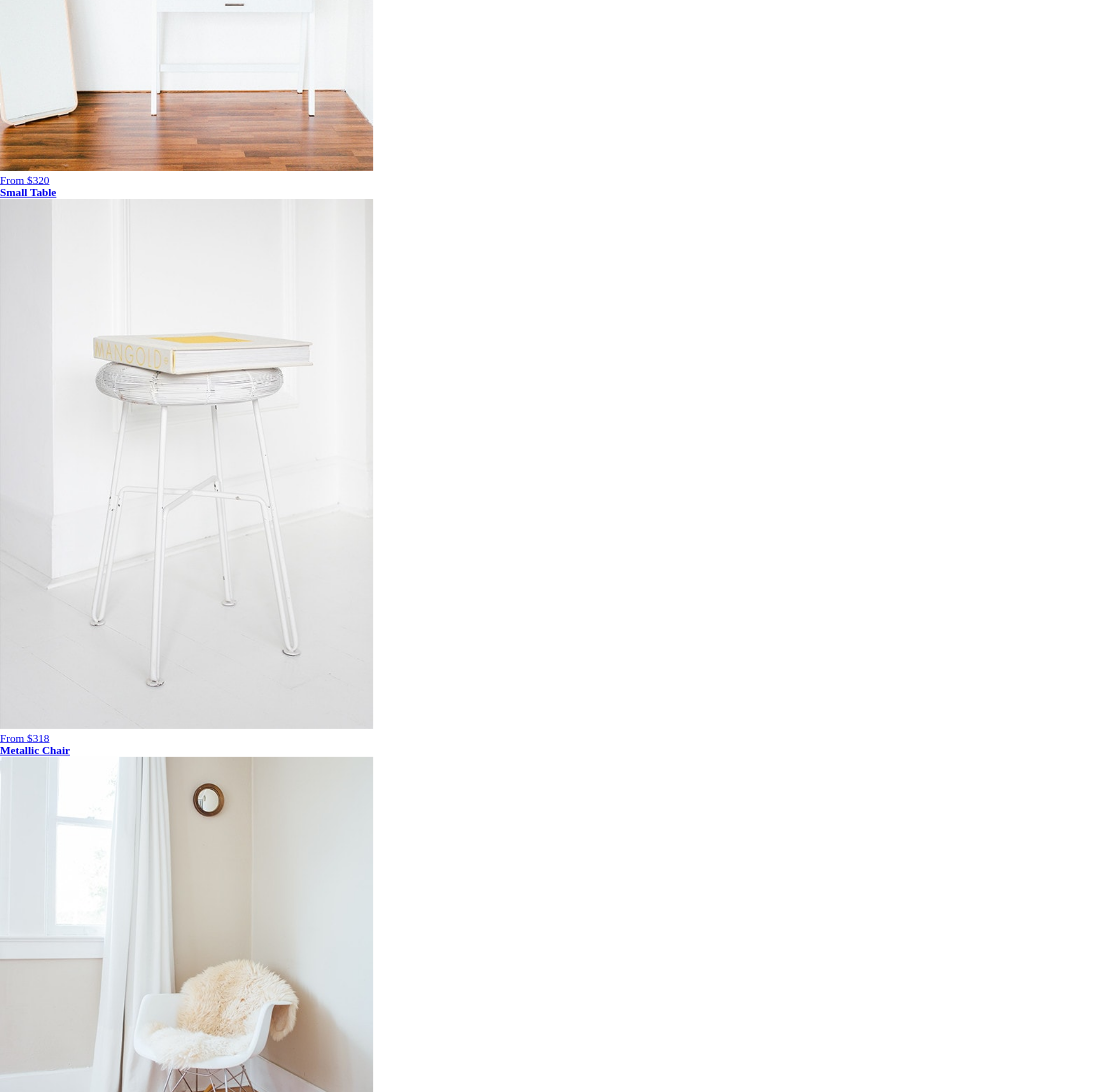
Repository: robbietaek/Java_Spring_Framework_Study
Page: http://localhost/team/WEB-INF/user/index.jsp
The author's editor kept a copy of each file at every save. The page is drawn from the files as they stood at one save, then again after the next save.
The browser window is 1280 px wide. The page is 1583 px wide, so the pictures cover 1583 px, including what lies to the right of the window. The pictures show the part of the page from y = 3535 to 5095 px (the page is 5813 px tall before and 5819 px after), at 70% of full size.
The page is served by Tomcat 9. Nobody is signed in. The template is opened directly, without the code that normally fills it, so the values that code supplies are empty.

Above is the page before, as saved 2019-12-29 11:33:55.
Console error: ReferenceError: $ is not defined

After the next save:
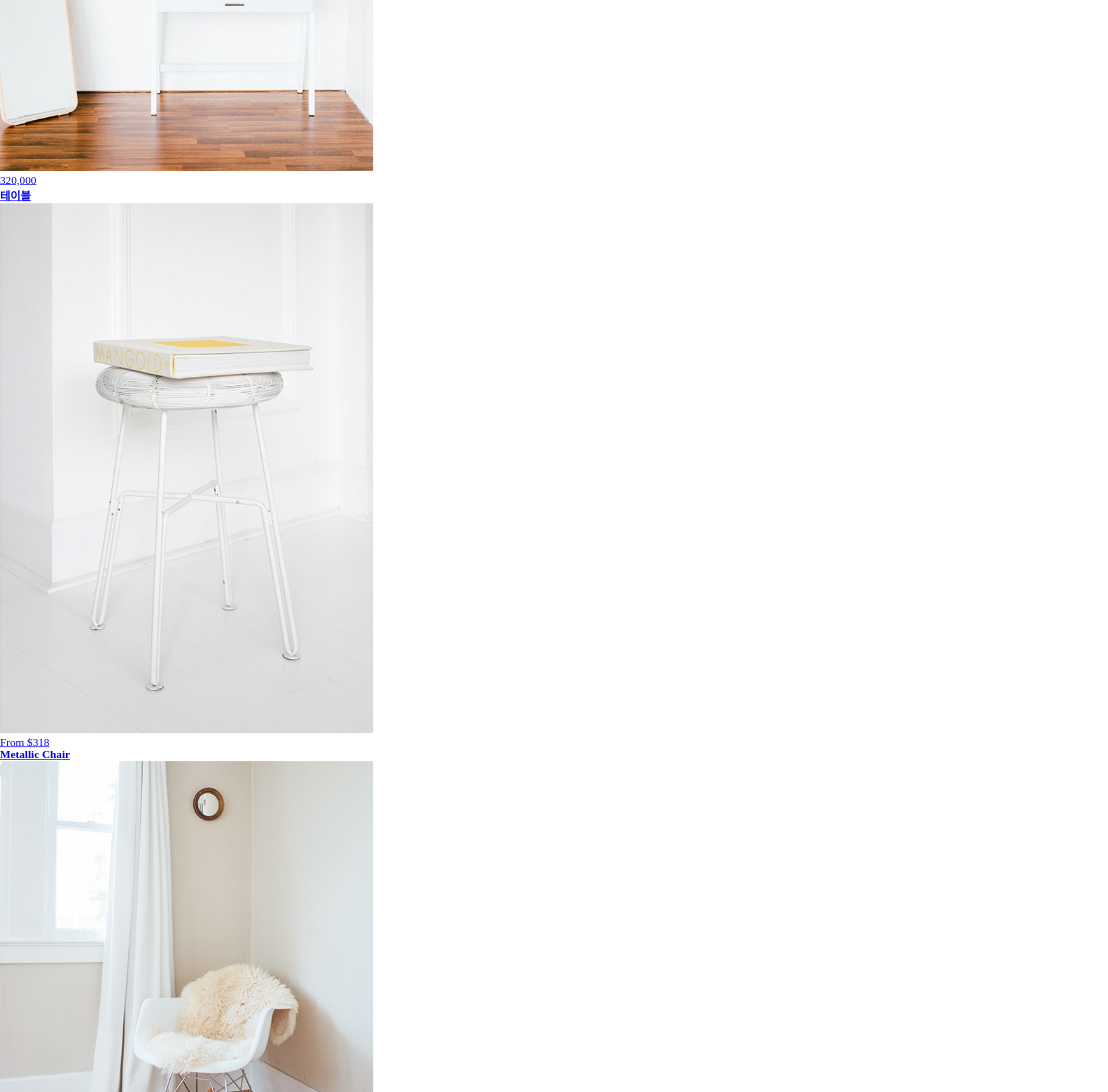
Saved 25 s later.
--- a/team/src/main/webapp/WEB-INF/user/index.jsp
+++ b/team/src/main/webapp/WEB-INF/user/index.jsp
@@ -201,8 +201,8 @@
 					<!-- Hover Content -->
 					<div class="hover-content">
 						<div class="line"></div>
-						<p>From $320</p>
-						<h4>Small Table</h4>
+						<p>320,000</p>
+						<h4>테이블</h4>
 					</div>
 				</a>
 			</div>
